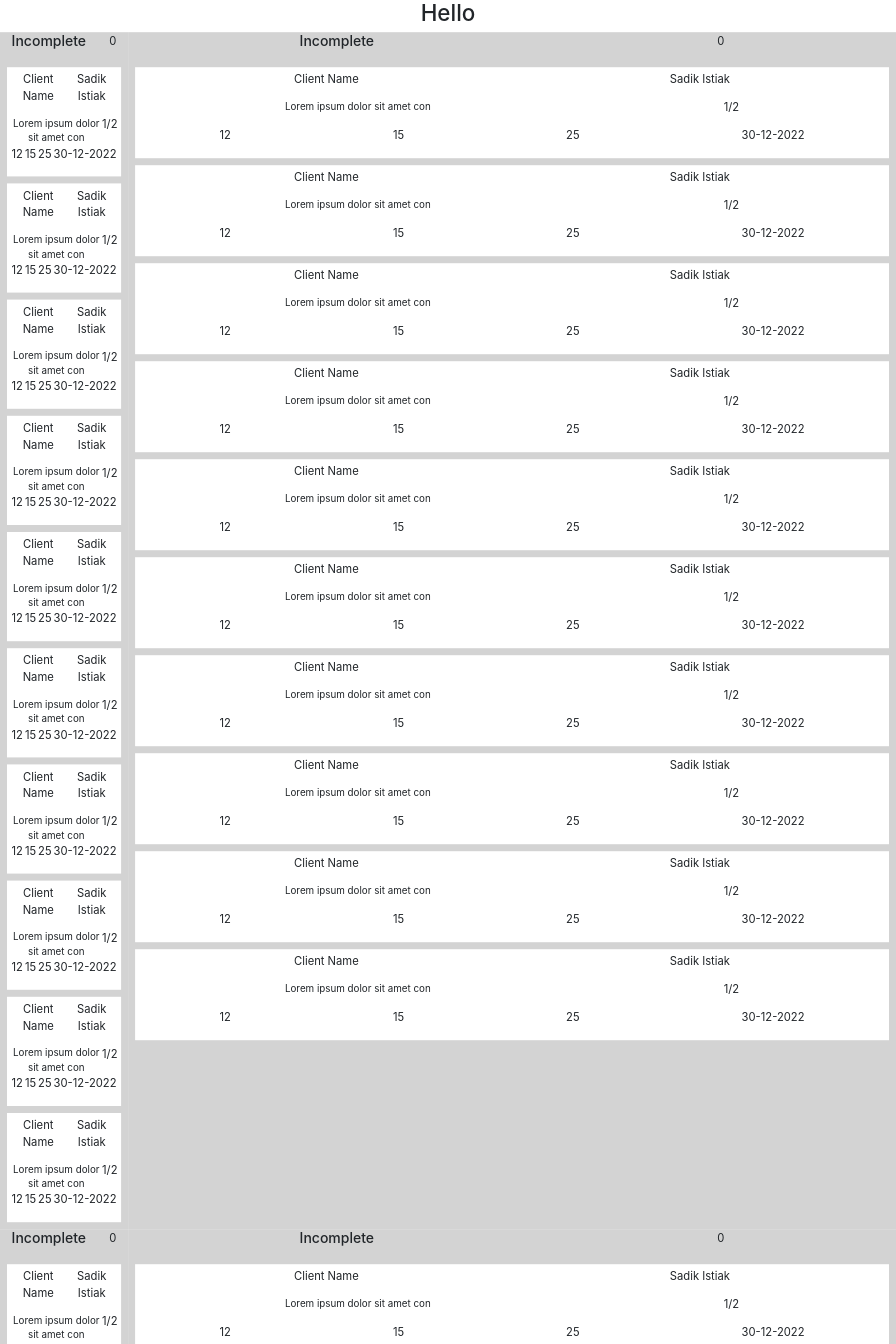
Repository: Sharif-00112/dashboard-task-frontend
Page: /
The author's editor kept a copy of each file at every save. The page is drawn from the files as they stood at one save, then again after the next save.
The browser window is 1280 px wide. The pictures show the part of the page from y = 0 to 1920 px (the page is 5176 px tall before and 4396 px after), at 70% of full size.
The project was rebuilt for these pictures with package versions that can differ from the ones it lists, and the page was loaded fresh each time.

Above is the page before, as saved 2023-01-27 23:54:21.

### src/index.js
import React from 'react';
import 'bootstrap/dist/css/bootstrap.css';
import ReactDOM from 'react-dom/client';
import './index.css';
import App from './App';
import reportWebVitals from './reportWebVitals';

const root = ReactDOM.createRoot(document.getElementById('root'));
root.render(
  <React.StrictMode>
    <App />
  </React.StrictMode>
);

// If you want to start measuring performance in your app, pass a function
// to log results (for example: reportWebVitals(console.log))
// or send to an analytics endpoint. Learn more: https://bit.ly/CRA-vitals
reportWebVitals();

### src/App.js
import './App.css';
import Dashboard from './Components/Dashboard';

function App() {
  return (
    <div className="App">

      <h2>Hello</h2>
      <Dashboard></Dashboard>
    </div>
  );
}

export default App;

### src/Components/Dashboard.js
import React from 'react';
import Incomplete from './Incomplete';

const Dashboard = () => {
    return (
        <div className='dashboard'>
            <Incomplete></Incomplete>
            <Incomplete></Incomplete>
            <Incomplete></Incomplete>
            <Incomplete></Incomplete>
            <Incomplete></Incomplete>
            <Incomplete></Incomplete>
        </div>
    );
};

export default Dashboard;

### src/Components/Incomplete.js
import React, { useState } from 'react';
import { useEffect } from 'react';
import './styles.css';
import Task from './Task';

const Incomplete = () => {
    const [tasks, setTasks] = useState([]);
    useEffect( ()=> {
        fetch('./tasks.JSON')
        .then(res => res.json())
        .then(data => setTasks(data))
    } ,[])
    return (
        <div className='background'>
            <div className="task-part">
                <h5>Incomplete</h5>
                <p>0</p>
            </div>
            <div className="section-container">
                <div className="task-container">
                    {
                        tasks.map(task => <Task
                            key={task.taskNo}
                            task={task}
                        ></Task>)
                    }
                </div>
            </div>
        </div>
    );
};

export default Incomplete;

### src/Components/styles.css
.background{
    background-color: lightgray;
}

.task-part{
    display: flex;
    justify-content: space-around
}

.task{
    background-color: white;
    margin: 10px;
    padding: 5px;
}

.dashboard{
    display: grid;
    grid-template-columns: 1fr 6fr;
}

### src/Components/Task.js
import React from 'react';
import './styles.css';

const Task = (props) => {
    const {clientName, clientImg, supervisorName, supervisorImg, taskSummary, progress, staff1Img, staff2Img, modules, message, attachment, date} = props.task;
    return (
        <div className='task'>
            <div className="task-part">
                <p>{clientName}</p>
                <p>{supervisorName}</p>
            </div>
            <div className="task-part">
                <small>{taskSummary.substring(0,30)}</small>
                <p>{progress}</p>
            </div>
            <div className="task-part">
                <p>{modules}</p>
                <p>{message}</p>
                <p>{attachment}</p>
                <p>{date}</p>
            </div>
        </div>
    );
};

export default Task;

### public/tasks.JSON
[
  {
    "taskNo": 1,
    "clientName": "Client Name",
    "clientImg": "clientIMG.jpg",
    "supervisorName": "Sadik Istiak",
    "supervisorImg": "supervisorIMG.jpg",
    "taskSummary": "Lorem ipsum dolor sit amet consectetur adipisicing elit. Pariatur velit nemo accusamus. Dolorum, doloribus quisquam unde repellat iusto voluptatum quasi?",
    "progress": "1/2",
    "staff1Img": "staff1.jpg",
    "staff2Img": "staff2.jpg",
    "modules": 12,
    "message": 15,
    "attachment": 25,
    "date": "30-12-2022"
  },
  {
    "taskNo": 2,
    "clientName": "Client Name",
    "clientImg": "clientIMG.jpg",
    "supervisorName": "Sadik Istiak",
    "supervisorImg": "supervisorIMG.jpg",
    "taskSummary": "Lorem ipsum dolor sit amet consectetur adipisicing elit. Pariatur velit nemo accusamus. Dolorum, doloribus quisquam unde repellat iusto voluptatum quasi?",
    "progress": "1/2",
    "staff1Img": "staff1.jpg",
    "staff2Img": "staff2.jpg",
    "modules": 12,
    "message": 15,
    "attachment": 25,
    "date": "30-12-2022"
  },
  {
    "taskNo": 3,
    "clientName": "Client Name",
    "clientImg": "clientIMG.jpg",
    "supervisorName": "Sadik Istiak",
    "supervisorImg": "supervisorIMG.jpg",
    "taskSummary": "Lorem ipsum dolor sit amet consectetur adipisicing elit. Pariatur velit nemo accusamus. Dolorum, doloribus quisquam unde repellat iusto voluptatum quasi?",
    "progress": "1/2",
    "staff1Img": "staff1.jpg",
    "staff2Img": "staff2.jpg",
    "modules": 12,
    "message": 15,
    "attachment": 25,
    "date": "30-12-2022"
  },
  {
    "taskNo": 4,
    "clientName": "Client Name",
    "clientImg": "clientIMG.jpg",
    "supervisorName": "Sadik Istiak",
    "supervisorImg": "supervisorIMG.jpg",
    "taskSummary": "Lorem ipsum dolor sit amet consectetur adipisicing elit. Pariatur velit nemo accusamus. Dolorum, doloribus quisquam unde repellat iusto voluptatum quasi?",
    "progress": "1/2",
    "staff1Img": "staff1.jpg",
    "staff2Img": "staff2.jpg",
    "modules": 12,
    "message": 15,
    "attachment": 25,
    "date": "30-12-2022"
  },
  {
    "taskNo": 5,
    "clientName": "Client Name",
    "clientImg": "clientIMG.jpg",
    "supervisorName": "Sadik Istiak",
    "supervisorImg": "supervisorIMG.jpg",
    "taskSummary": "Lorem ipsum dolor sit amet consectetur adipisicing elit. Pariatur velit nemo accusamus. Dolorum, doloribus quisquam unde repellat iusto voluptatum quasi?",
    "progress": "1/2",
    "staff1Img": "staff1.jpg",
    "staff2Img": "staff2.jpg",
    "modules": 12,
    "message": 15,
    "attachment": 25,
    "date": "30-12-2022"
  },
  {
    "taskNo": 6,
    "clientName": "Client Name",
    "clientImg": "clientIMG.jpg",
    "supervisorName": "Sadik Istiak",
    "supervisorImg": "supervisorIMG.jpg",
    "taskSummary": "Lorem ipsum dolor sit amet consectetur adipisicing elit. Pariatur velit nemo accusamus. Dolorum, doloribus quisquam unde repellat iusto voluptatum quasi?",
    "progress": "1/2",
    "staff1Img": "staff1.jpg",
    "staff2Img": "staff2.jpg",
    "modules": 12,
    "message": 15,
    "attachment": 25,
    "date": "30-12-2022"
  },
  {
    "taskNo": 7,
    "clientName": "Client Name",
    "clientImg": "clientIMG.jpg",
    "supervisorName": "Sadik Istiak",
    "supervisorImg": "supervisorIMG.jpg",
    "taskSummary": "Lorem ipsum dolor sit amet consectetur adipisicing elit. Pariatur velit nemo accusamus. Dolorum, doloribus quisquam unde repellat iusto voluptatum quasi?",
    "progress": "1/2",
    "staff1Img": "staff1.jpg",
    "staff2Img": "staff2.jpg",
    "modules": 12,
    "message": 15,
    "attachment": 25,
    "date": "30-12-2022"
  },
  {
    "taskNo": 8,
    "clientName": "Client Name",
    "clientImg": "clientIMG.jpg",
    "supervisorName": "Sadik Istiak",
    "supervisorImg": "supervisorIMG.jpg",
    "taskSummary": "Lorem ipsum dolor sit amet consectetur adipisicing elit. Pariatur velit nemo accusamus. Dolorum, doloribus quisquam unde repellat iusto voluptatum quasi?",
    "progress": "1/2",
    "staff1Img": "staff1.jpg",
    "staff2Img": "staff2.jpg",
    "modules": 12,
    "message": 15,
    "attachment": 25,
    "date": "30-12-2022"
  },
  {
    "taskNo": 9,
    "clientName": "Client Name",
    "clientImg": "clientIMG.jpg",
    "supervisorName": "Sadik Istiak",
    "supervisorImg": "supervisorIMG.jpg",
    "taskSummary": "Lorem ipsum dolor sit amet consectetur adipisicing elit. Pariatur velit nemo accusamus. Dolorum, doloribus quisquam unde repellat iusto voluptatum quasi?",
    "progress": "1/2",
    "staff1Img": "staff1.jpg",
    "staff2Img": "staff2.jpg",
    "modules": 12,
    "message": 15,
    "attachment": 25,
    "date": "30-12-2022"
  },
  {
    "taskNo": 10,
    "clientName": "Client Name",
    "clientImg": "clientIMG.jpg",
    "supervisorName": "Sadik Istiak",
    "supervisorImg": "supervisorIMG.jpg",
    "taskSummary": "Lorem ipsum dolor sit amet consectetur adipisicing elit. Pariatur velit nemo accusamus. Dolorum, doloribus quisquam unde repellat iusto voluptatum quasi?",
    "progress": "1/2",
    "staff1Img": "staff1.jpg",
    "staff2Img": "staff2.jpg",
    "modules": 12,
    "message": 15,
    "attachment": 25,
    "date": "30-12-2022"
  }
]

Loaded but not shown: public/index.html (common file); src/index.css (common file); src/reportWebVitals.js (common file); src/App.css (common file)

After the next save:
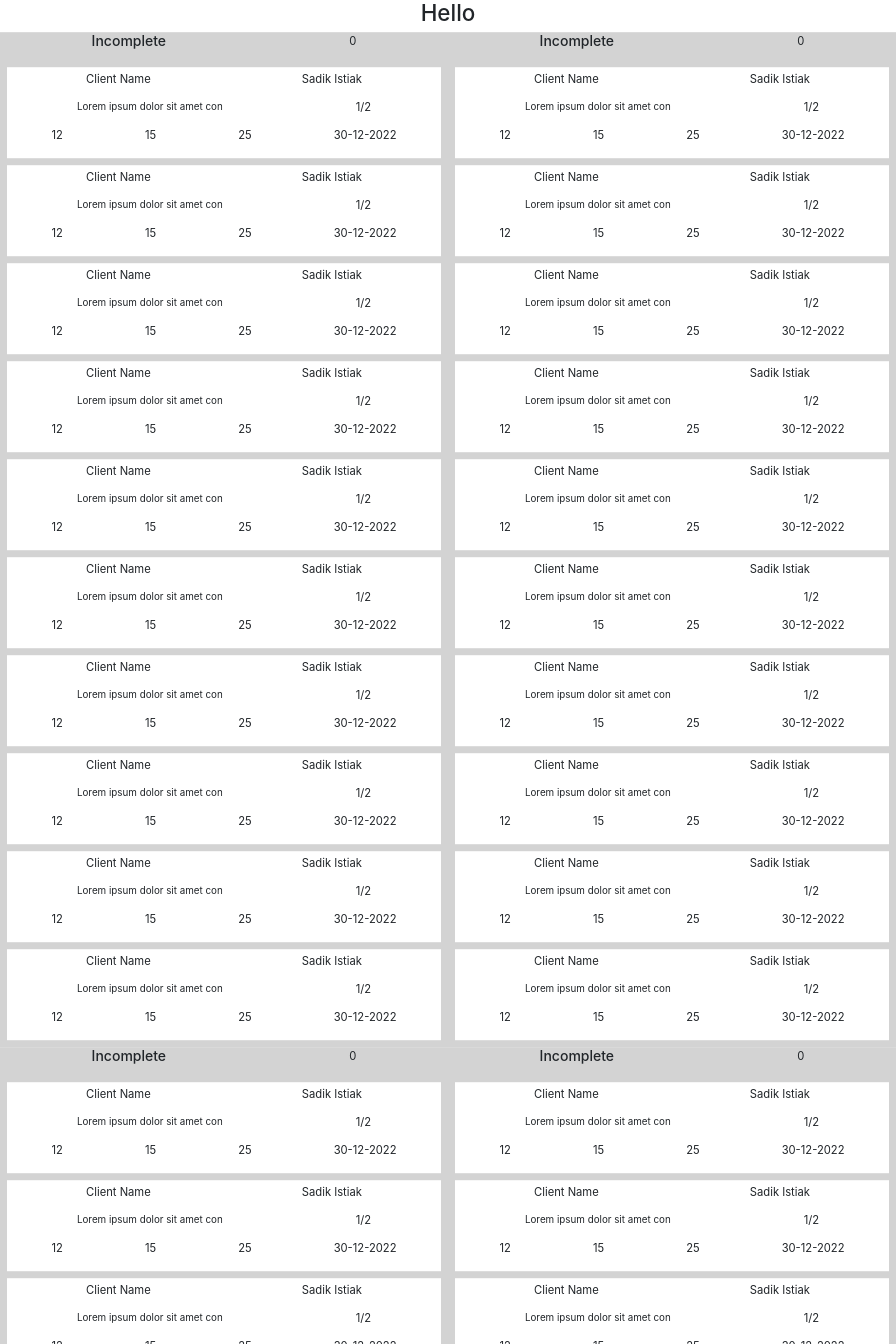
Saved 51 s later.
--- a/src/Components/styles.css
+++ b/src/Components/styles.css
@@ -15,5 +15,5 @@
 
 .dashboard{
     display: grid;
-    grid-template-columns: 1fr 6fr;
+    grid-template-columns: 1fr 1fr;
 }
